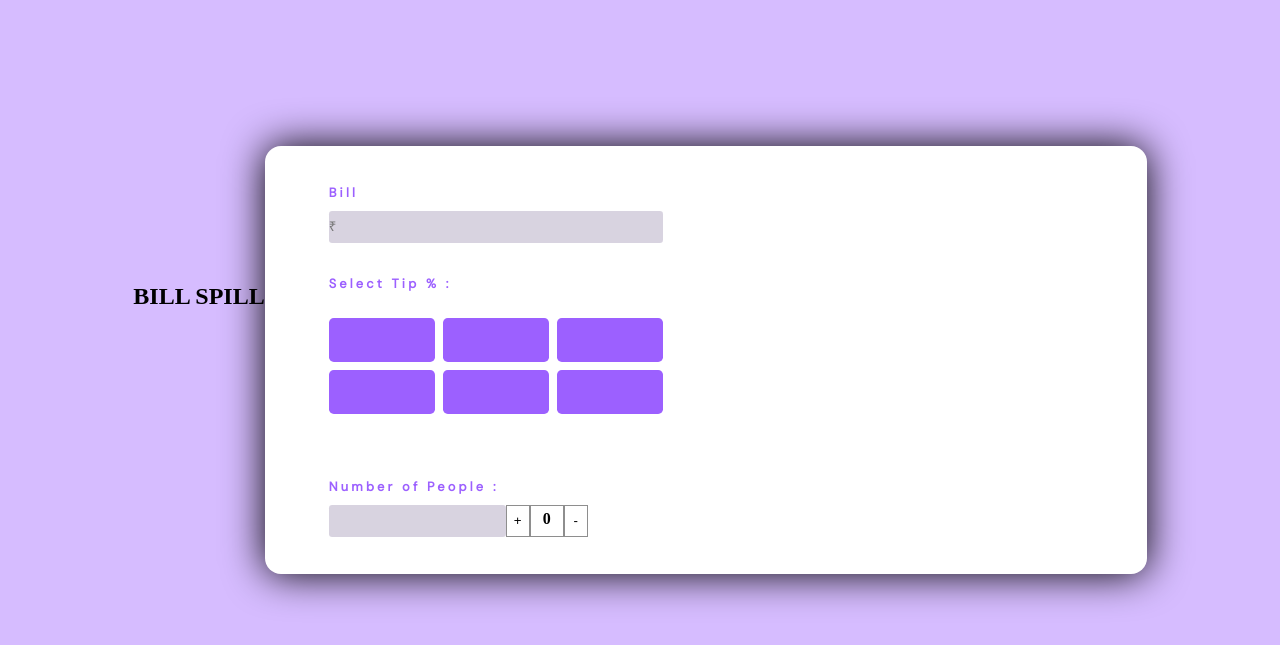
Repository: drumsmanku/micro-project-3
Page: index.html
These files come from the project's save history. The page is drawn as it stood at one moment and after the next save; the edit follows.
The browser window is 1280 px wide. The pictures show the whole page.

Above is the page before, as saved 2023-04-17 19:07:28.

### index.html
<!DOCTYPE html>
<html lang="en">
<head>
  <meta charset="UTF-8">
  <meta http-equiv="X-UA-Compatible" content="IE=edge">
  <meta name="viewport" content="width=device-width, initial-scale=1.0">
  <link rel="stylesheet" href="styles.css">
  <title>Bill Spill</title>
</head>
<body>
  <main>
    <h2>BILL SPILL</h2>
    <div class="entire-container">
      <div class="left-inside-container">
          <label for="amount">Bill</label>
          <input type="number" name="total" id="total-bill" placeholder="₹" >
          <div class="select-container">
            <label for="tip">Select Tip % :</label>
            <div class="button-containers">
              <button class="bt-1 sizing"></button>
              <button class="bt-2 sizing"></button>
              <button class="bt-3 sizing"></button>
              <button class="bt-4 sizing"></button>
              <button class="bt-5 sizing"></button>
              <button class="bt-6 sizing"></button>
            </div>
          </div>
          <label for="people">Number of People : </label>
          <div class="people-container">
            <input type="number" name="people" id="people-number">
            <button id="add-people">+</button>
            <h4 class="center-text">0</h4>
            <button id="sub-people">-</button>
          </div>
      </div>


      <div class="right-inside-container"></div>
    </div>
  </main>
</body>
</html>

### styles.css
@import url('https://fonts.googleapis.com/css2?family=DM+Sans&display=swap');
/* font-family: 'DM Sans', sans-serif; */
*{
  padding: 0;
  margin: 0;
}

main{
  width: 100%;
  height: 100vh;
  display: flex;
  justify-content: center;
  align-items: center;
  background-color:  #D6BCFF;
}

main>h2{
  position: relative;
  top: -4rem;
}

.entire-container{
  width: 818px;
  height: 428px;
  background-color: white;

  display: flex;
  padding-left: 4rem;
  flex-direction: row;
  border-radius: 1rem;
  box-shadow: 0 0 40px black;
}

.left-inside-container{
  display: flex;
  flex-wrap: wrap;
  flex-direction: column;
  justify-content: center;
}

.button-containers{
  display: grid;
  grid-template-columns: repeat(3, minmax(0,1fr));
  grid-template-rows: repeat(2, minmax(0,1fr));
  grid-gap: 0.5rem;
  margin-top: 1rem;
}

.sizing{
  width: 106px;
  height: 44px;
  border: none;
  background-color: #9C60FF;
  border-radius: 0.3rem;
}
.people-container{
  display: flex;
  flex-direction: row;
}
.people-container>h4{
  border: 1px solid #8E8E8E;
  width: 2rem;
  text-align: center;
  padding-top: 4px;
}
.people-container>button{
  background: none;
  border: 1px solid #8E8E8E;
  width: 1.5rem;
}

.select-container{
  display: flex;
  flex-direction: column;
  margin: 2rem 0 4rem 0;
}
input{
  border-radius: 0.2rem;
  border: none;
  background-color: rgba(182, 172, 196, 0.53);
  height: 2rem;
}
label{
  color: #9C60FF;
  font-size: 0.8rem;
  font-family: 'DM Sans';
  font-weight: bold;
  letter-spacing: 0.2rem;
  margin-bottom: 10px;
}

After the next save:
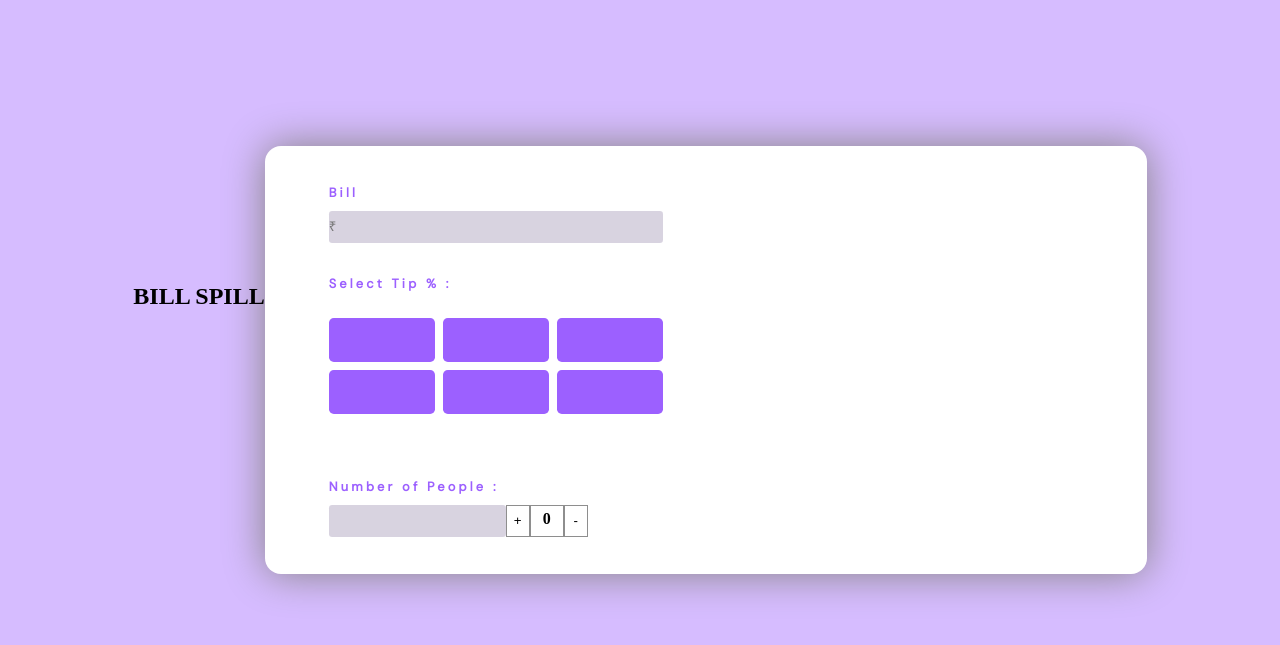
Saved 9 s later.
--- a/styles.css
+++ b/styles.css
@@ -28,7 +28,7 @@ main>h2{
   padding-left: 4rem;
   flex-direction: row;
   border-radius: 1rem;
-  box-shadow: 0 0 40px black;
+  box-shadow: 0 0 40px rgb(133, 130, 130);
 }
 
 .left-inside-container{
